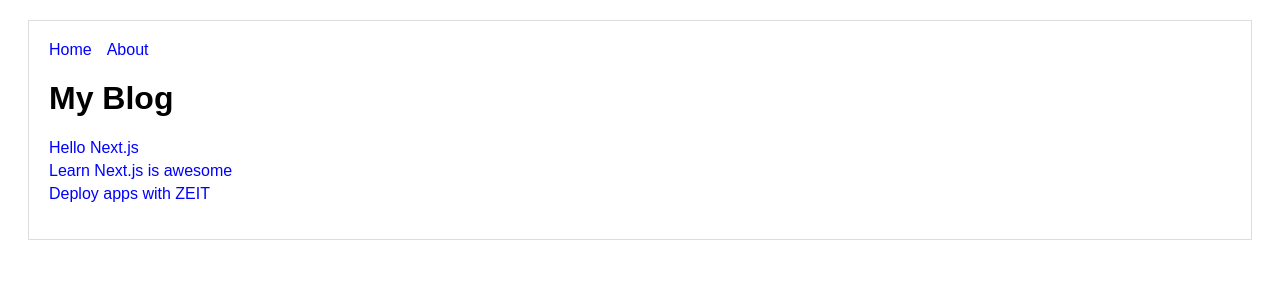
Repository: sivaraj-v/nextJs
Page: /
The author's editor kept a copy of each file at every save. The page is drawn from the files as they stood at one save, then again after the next save.
The browser window is 1280 px wide. The pictures show the whole page.
The project was rebuilt for these pictures with package versions that can differ from the ones it lists, and the page was loaded fresh each time. Some packages were replaced by stand-ins written for this rebuild. The framework's server and built-in components were replaced by stand-ins that run in the browser.

Above is the page before, as saved 2017-10-11 17:15:02.

### pages/index.js
// This is the Link API
import Header from "../comps/Header";
import Layout from "../comps/MyLayout.js";
import Link from "next/link";
import Head from "next/head";
import fetch from "isomorphic-unfetch";

// SET 1
// const content = <p>HOME DATA</p>;
// const PostLink = props => (
//   <li>
//     <Link as={"/p/" + props.id} href={"/posts?title=" + props.title}>
//       <a>{props.title}</a>
//     </Link>
//   </li>
// );
// const Index = () => (
//   <div>
//     {/* <Link href="/about">
//       <a style={{ fontSize: 14 }}>About Page</a>
//     </Link> */}
//     <Head>
//       <title>My page title</title>
//       <meta name="viewport" content="initial-scale=1.0, width=device-width" />
//     </Head>
//     {/* <Header /> */}
//     <Layout content={content}>
//       <p>HOMESS</p>
//       <ul>
//         <PostLink id="hello-nextjs" title="Hello Next.js" />
//         <PostLink id="learn-nextjs" title="Learn Next.js is awesome" />
//         <PostLink id="deploy-nextjs" title="Deploy apps with Zeit" />
//       </ul>
//     </Layout>
//   </div>
// );
//export default Index;

// SET 2
// const Index = props => (
//   <Layout>
//     <h1>Batman TV Shows</h1>
//     <ul>
//       {props.shows.map(({ show }) => (
//         <li key={show.id}>
//           <Link as={`/p/${show.id}`} href={`/posts?id=${show.id}`}>
//             <a>{show.name}</a>
//           </Link>
//         </li>
//       ))}
//     </ul>
//   </Layout>
// );

// Index.getInitialProps = async function() {
//   const res = await fetch("https://api.tvmaze.com/search/shows?q=batman");
//   const data = await res.json();

//   console.log(`Show data fetched. Count: ${data.length}`);

//   return {
//     shows: data
//   };
// };

// export default Index;

function getPosts() {
  return [
    { id: "hello-nextjs", title: "Hello Next.js" },
    { id: "learn-nextjs", title: "Learn Next.js is awesome" },
    { id: "deploy-nextjs", title: "Deploy apps with ZEIT" }
  ];
}
const PostLink = ({ post }) => (
  <li>
    <Link as={`/p/${post.id}`} href={`/post?title=${post.title}`}>
      <a>{post.title}</a>
    </Link>
  </li>
);

export default () => (
  <Layout>
    <h1>My Blog</h1>
    <ul>
      {getPosts().map(post => (
        <li key={post.id}>
          <Link as={`/p/${post.id}`} href={`/post?title=${post.title}`}>
            <a>{post.title}</a>
          </Link>
        </li>
      ))}
    </ul>
    <style jsx>{`
      h1,
      a {
        font-family: "Arial";
      }

      ul {
        padding: 0;
      }

      li {
        list-style: none;
        margin: 5px 0;
      }

      a {
        text-decoration: none;
        color: blue;
      }

      a:hover {
        opacity: 0.6;
      }
    `}</style>
  </Layout>
);

### comps/Header.js
import Link from "next/link";

const linkStyle = {
  marginRight: 15
};

const Header = () => (
  <div>
    <Link href="/">
      <a style={linkStyle}>Home</a>
    </Link>
    <Link href="/about">
      <a style={linkStyle}>About</a>
    </Link>
    {/* <Link href={{ pathname: "/about", query: { name: "Zeit" } }}>
      <a style={{ fontSize: 14 }}>About</a>
    </Link> */}
  </div>
);

export default Header;

### comps/MyLayout.js
import Header from "./Header";

const layoutStyle = {
  margin: 20,
  padding: 20,
  border: "1px solid #DDD"
};

const Layout = props => (
  <div style={layoutStyle}>
    <Header />
    {props.content}
    {props.children}
  </div>
);

export default Layout;

After the next save:
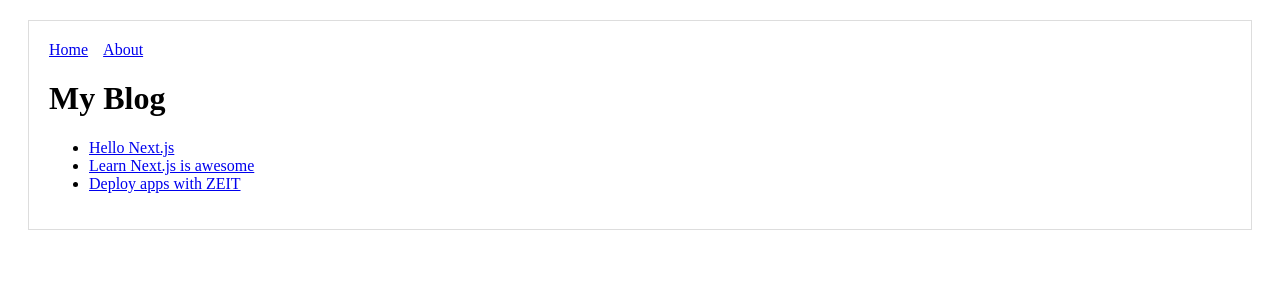
Saved 61 s later.
--- a/pages/index.js
+++ b/pages/index.js
@@ -92,29 +92,6 @@ export default () => (
         </li>
       ))}
     </ul>
-    <style jsx>{`
-      h1,
-      a {
-        font-family: "Arial";
-      }
 
-      ul {
-        padding: 0;
-      }
-
-      li {
-        list-style: none;
-        margin: 5px 0;
-      }
-
-      a {
-        text-decoration: none;
-        color: blue;
-      }
-
-      a:hover {
-        opacity: 0.6;
-      }
-    `}</style>
   </Layout>
 );
